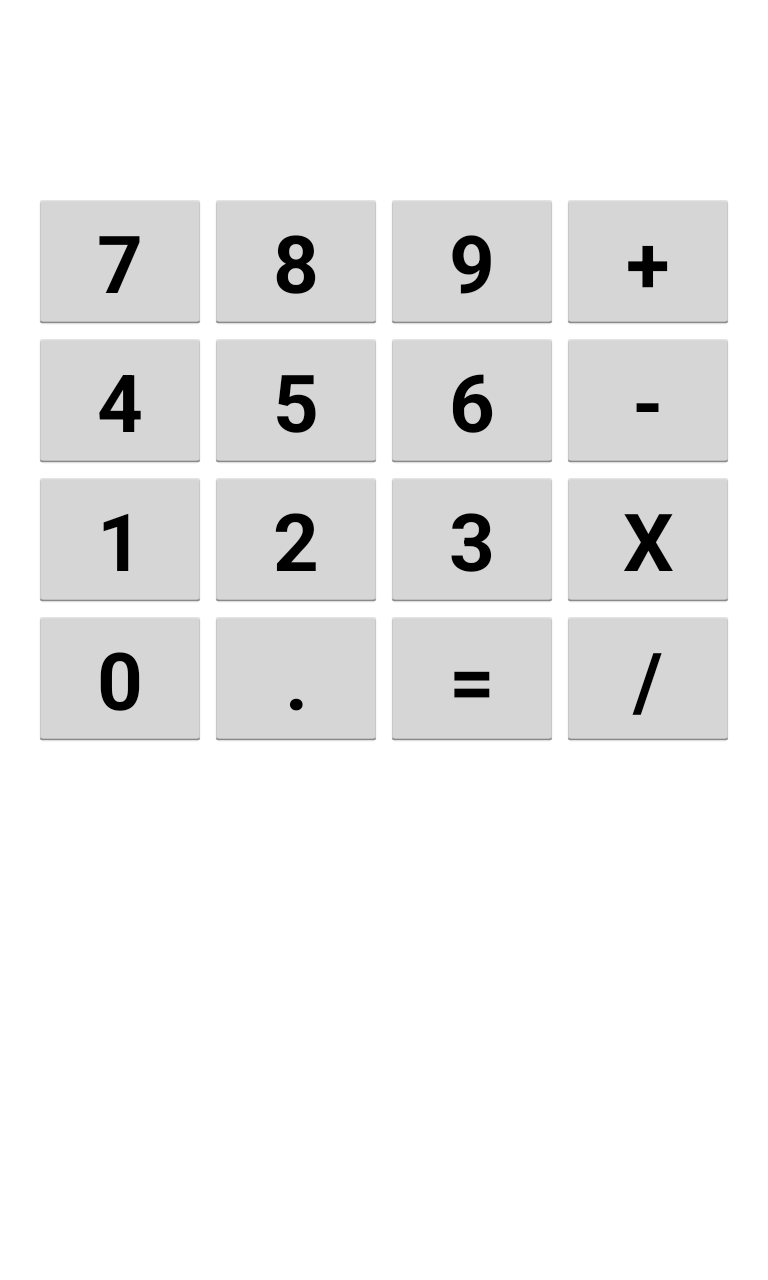
Repository: G3rcar/Android-I
Layout: SimpleCalculator/res/layout/activity_main.xml
An editor plug-in stored every save of this project. The layout is shown before and after the next save, followed by the edit.
It is drawn on a 768 x 1280 px phone screen (xhdpi) without system bars, with theme AppTheme; the app's code is not run.

Above is the layout before, as saved 2013-11-08 20:23:36.

After the next save:
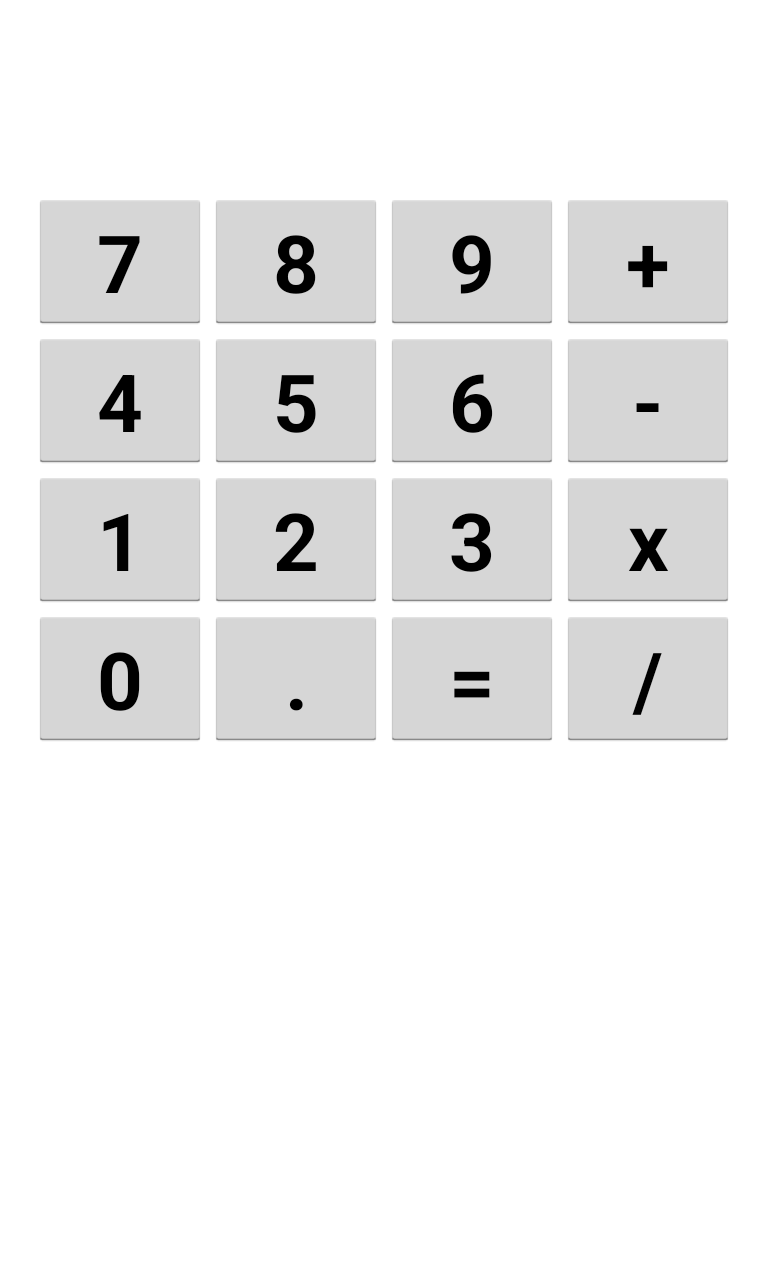
Saved 5 s later.
--- a/SimpleCalculator/res/layout/activity_main.xml
+++ b/SimpleCalculator/res/layout/activity_main.xml
@@ -138,7 +138,7 @@
                   android:layout_width="0dp"
                   android:layout_height="wrap_content"
                   android:layout_weight="1"
-                  android:text="X" />
+                  android:text="@string/lblMultiplicacion" />
 
           </LinearLayout>
 
